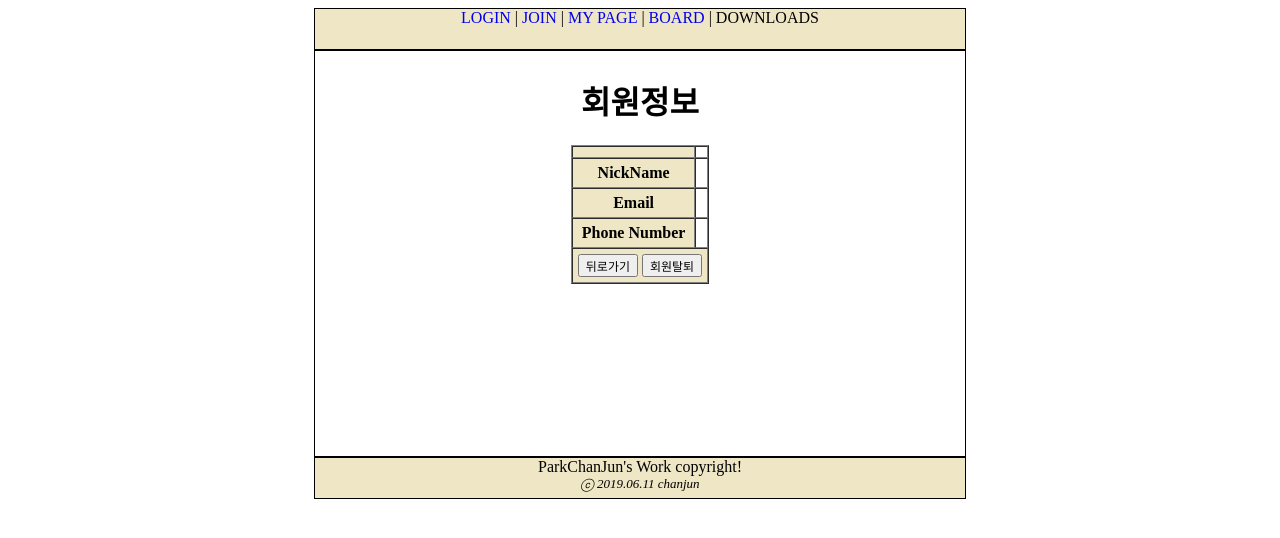
Repository: slolee/Spring-Board
Page: http://localhost/spring_project/WEB-INF/views/member/mypageResultView.jsp
An editor plug-in stored every save of this project. The page is shown before and after the next save, followed by the edit.
The browser window is 1280 px wide. The pictures show the whole page.
The page is served by Tomcat 9. Nobody is signed in. Other server files are loaded and not shown. The template is opened directly, without the code that normally fills it, so the values that code supplies are empty.

Above is the page before, as saved 2019-06-17 02:26:43.

### spring_project/src/main/webapp/WEB-INF/views/member/mypageResultView.jsp
<%@ page language="java" contentType="text/html; charset=UTF-8"
    pageEncoding="UTF-8"%>
<jsp:include page="../layout/header.jsp">
	<jsp:param name="title" value="MyPage"/>
</jsp:include>

	<h1>회원정보</h1>
	<table border=1 cellpadding="5" cellspacing="0" align="center">
		<tr>
			<th><font size="3px"ID</font></th>
			<td>${ vo.id }</td>
		</tr>

		<tr>
			<th>NickName</th>
			<td>${ vo.nickname }</td>
		</tr>

		<tr>
			<th>Email</th>
			<td>${ vo.email }</td>
		</tr>

		<tr>
			<th>Phone Number</th>
			<td>${ vo.phone }</td>
		</tr>

		<tr>
			<th colspan="2">
				<input type="button" value="뒤로가기" onclick="history.back()">
				<input type="button" value="회원탈퇴" onclick="location.href='signoutView.do'">
			</th>
		</tr>
	</table>
<%@ include file = "../layout/footer.jsp" %>

### spring_project/src/main/webapp/WEB-INF/views/layout/footer.jsp
<%@ page language="java" contentType="text/html; charset=UTF-8"
    pageEncoding="UTF-8"%>
		</div>
		<div id="footer" align="center">
			ParkChanJun's Work copyright! <br>
			<i><font size="2">ⓒ 2019.06.11 chanjun</font></i>
		</div>
	</div>
</body>
</html>

### spring_project/src/main/webapp/WEB-INF/views/layout/header.jsp
<%@ page language="java" contentType="text/html; charset=UTF-8"
    pageEncoding="UTF-8"%>
<%@ taglib prefix="c" uri="http://java.sun.com/jsp/jstl/core" %>
<%
	request.setCharacterEncoding("UTF-8");
	String title = request.getParameter("title");
	if(title == null)
		title = "My Homepage";
%>
<!DOCTYPE html PUBLIC "-//W3C//DTD HTML 4.01 Transitional//EN" "http://www.w3.org/TR/html4/loose.dtd">
<html>
<head>
	<meta http-equiv="Content-Type" content="text/html; charset=UTF-8">
	<title><%= title %></title>
	<style>
		#header, #footer{
			background-color: #EEE6C4;
			font-family: "HY울릉도M";
			border: 1px solid black;
			width: 650px;
			height: 40px;
		}
		#main{
			border: 1px solid black;
			width: 650px;
			min-height: 400px;
			padding-top: 5px;
		}
		a{
			text-decoration: none;
		}

		input[type=button], input[type=submit], input[type=reset]{
			font-size: 9pt;
		}

		th{
			background-color: #EEE6C4;
		}

		td{
			background-color: #FFFFFF;
		}

	</style>
</head>
<body>
	<div align="center">
		<div id="header" align="center">
			<c:choose>
				<c:when test="${ sessionScope.login_id == null }">
					<a href="loginView.do">LOGIN</a> |
					<a href="joinView.do">JOIN</a> |
				</c:when>
				<c:otherwise>
					${ sessionScope.login_nickname } |
					<a href="logoutLogic.do">LOGOUT</a> |
				</c:otherwise>
			</c:choose>

			<a href="mypageView.do">MY PAGE</a> |
			<a href="boardView.do">BOARD</a> |
			DOWNLOADS
		</div>
		<div id="main" align="center">

After the next save:
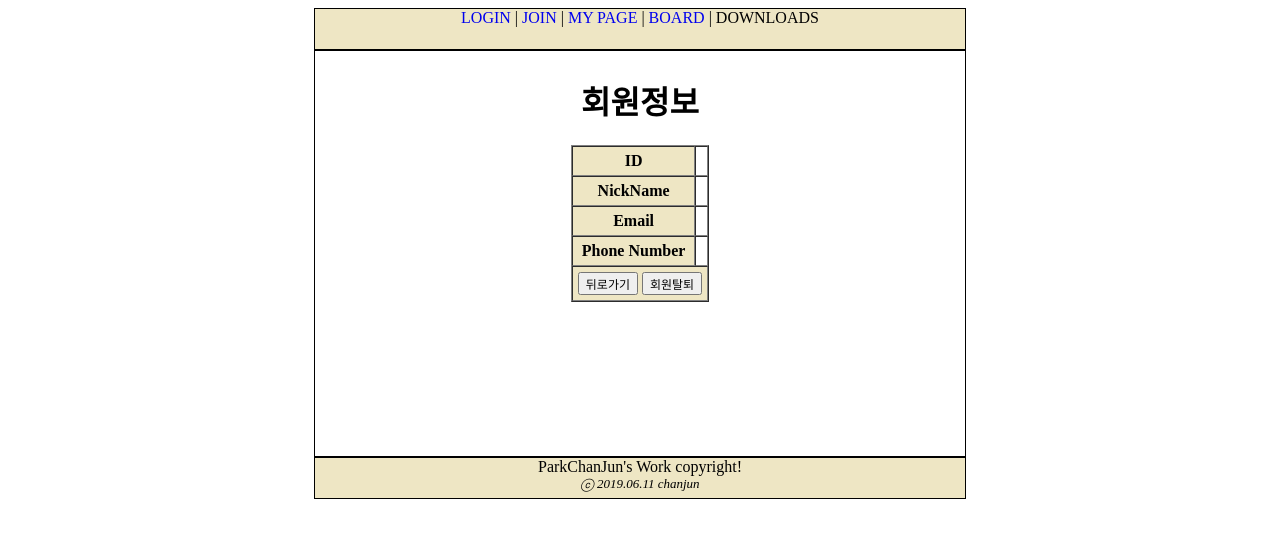
Saved 9 s later.
--- a/spring_project/src/main/webapp/WEB-INF/views/member/mypageResultView.jsp
+++ b/spring_project/src/main/webapp/WEB-INF/views/member/mypageResultView.jsp
@@ -7,7 +7,7 @@
 	<h1>회원정보</h1>
 	<table border=1 cellpadding="5" cellspacing="0" align="center">
 		<tr>
-			<th><font size="3px"ID</font></th>
+			<th><font size="3px">ID</font></th>
 			<td>${ vo.id }</td>
 		</tr>
 
